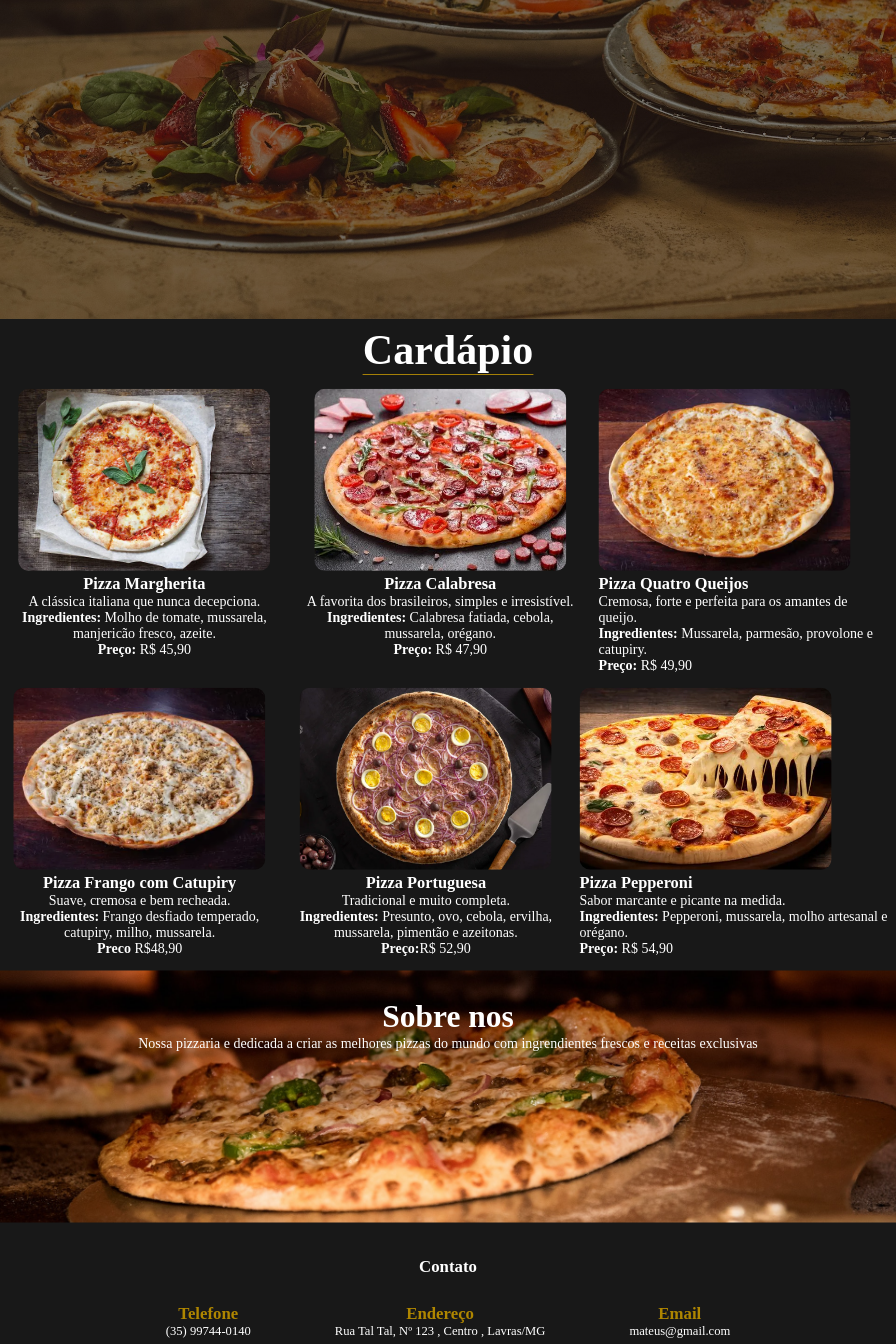
Repository: Mateushlp/landing-page-pizza
Page: index.html
The author's editor kept a copy of each file at every save. The page is drawn from the files as they stood at one save, then again after a run of saves.
The browser window is 1280 px wide. The pictures show the part of the page from y = 529 to 2449 px (the page is 2788 px tall), at 70% of full size.

Above is the page before, as saved 2026-05-03 11:15:42.

### index.html
<!DOCTYPE html>
<html lang="en">
<head>
    <meta charset="UTF-8">
    <meta name="viewport" content="width=device-width, initial-scale=1.0">
    <link rel="stylesheet" href="style.css">
    <title>Document</title>
</head>
<body>
    <header>
        <nav>
            <ul>
                <li> <a href="http://"> Home</li></a>
                <li> <a href="http://">Cardapio</li></a>
                <li> <a href="http://">Sobre Nos</li></a>
                <li> <a href="http://">Contato</li></a>
            </ul>
        </nav>
    </header>

    <section class="inicio">
        <div class="texto">
        <h1>Bem vindo à Alessio's</h1>
        <p>Saborosas pizzas feitas </p>
        <button class="btn1">Ver Cardapio</button>
        </div>
    </section>

    <section class="cardapio">
        <h2 class="cardapio1">Cardápio</h2>
    </section>

    <div class="prato">
        <div class="pratos1">
            <img src="./img/margherita-pizza.jpg" alt="">
            <h3>Pizza Margherita</h3>
            <p> A clássica italiana que nunca decepciona. <br>
          <strong>Ingredientes:</strong>  Molho de tomate, mussarela, manjericão fresco, azeite. <br>
        <strong>Preço:</strong> R$ 45,90
    </p>
        </div>
            <div class="pratos2">
                <img src="./img/3140217-pizza-calabresa.jpg" alt="">
                <h3>Pizza Calabresa</h3>
                <p>A favorita dos brasileiros, simples e irresistível. <br>
                <strong>Ingredientes:</strong> Calabresa fatiada, cebola, mussarela, orégano. <br>
                    <strong>Preço:</strong> R$ 47,90
            </p>
            </div>
                <div class="pratos3">
                    <img src="./img/Quatro-Queijos.jpg" alt="">
                    <h3>Pizza Quatro Queijos</h3>
                    <p>Cremosa, forte e perfeita para os amantes de queijo. <br>
                    <strong>Ingredientes:</strong>  Mussarela, parmesão, provolone e catupiry. <br>
                        <strong>Preço: </strong>R$ 49,90
                </p>
                </div>
                </div>

                <div class="prato2">
                <div class="pratos1">
                    <img src="./img/Frango-com-Catupiry-2.jpg" alt="">
                    <h3>Pizza Frango com Catupiry</h3>
                    <p>Suave, cremosa e bem recheada. <br>
                   <strong>Ingredientes:</strong> Frango desfiado temperado, catupiry, milho, mussarela. <br>
                   <strong>Preco </strong> R$48,90
                </p>
                </div>
                <div class="pratos2">
                    <img src="./img/pizza-portuguesa.jpg" alt="">
                    <h3>Pizza Portuguesa</h3>
                    <p>Tradicional e muito completa. <br>
                   <strong>Ingredientes:</strong>  Presunto, ovo, cebola, ervilha, mussarela, pimentão e azeitonas. <br>
                    <strong>Preço:</strong>R$ 52,90
                </p>
                </div>
                <div class="pratos3">
                    <img src="./img/the-pepperoni-pizza-and-a-piece-of-streched-cheese-pizza-with-ai-generated-free-photo.jpg" alt="">
                    <h3>Pizza Pepperoni</h3>
                    <p>Sabor marcante e picante na medida. <br>
                  <strong>Ingredientes:</strong>   Pepperoni, mussarela, molho artesanal e orégano. <br>
                <strong>Preço:</strong> R$ 54,90</p>

                </div>
                </div>
                </div>




    <section class="sobre">
        <div class="sobre1">
        <h2>Sobre nos</h2>
        <p>Nossa pizzaria e dedicada a criar as melhores pizzas do mundo com ingrendientes frescos e receitas exclusivas</p>
    </div>
    </section>

<section id="contato" class="contato">
    <h2>Contato</h2>

    <div class="contato-info">
        <div class="box">
            <h3>Telefone</h3>
            <p>(35) 99744-0140</p>
        </div>

        <div class="box">
            <h3>Endereço</h3>
            <p>Rua Tal Tal, Nº 123 , Centro , Lavras/MG</p>
        </div>

        <div class="box">
            <h3>Email</h3>
            <p>mateus@gmail.com</p>
        </div>
            <div class="box">
                <h3>Hórario de Funcionamento</h3>
                <p>Segunda a Sábado 11h00 às 23h00 - Domingo: 16h00 às 23H00</p>
            </div>
    </div>
</section>
        <div class="pedir">
        <button class="btn2">Peca Agora Mesmo!</button>
        </div>


    <footer>
        <h2>&copy; 2025 Alessio's Pizzaria</h2>
    </footer>

</body>
</html>

### style.css
*{
    margin:0;
    padding: 0;
    box-sizing: border-box;
}
body{
    background-color: #181818;

}

nav ul {
    display: flex;
    gap: 25px;
    list-style: none;
    justify-content: center;
    font-size: 25px;
    padding: 10px;
     background: linear-gradient(to bottom, rgb(00, 0, 0), rgba(0,0,0,0.9));
}

nav ul a{
    text-decoration: none;
    color: #fff;
    margin-top: 10px;
}

nav ul a:hover{
    border-radius: 20px;
    background-color: #00000;
    color: #af8600;
}

.inicio{
     background:
        linear-gradient(rgba(0,0,0,0.5), rgba(0,0,0,0.5)),
        url(./img/background-meio.jpg);
    background-size: cover;
    background-position: center;
    height: 130vh;
}

.texto{
    display: flex;
    flex-direction: column;
    align-items: center;
    color: #fff;
    padding-top: 7%;
    padding-left: 6%;
    font-size: 40px;
}
.texto p{
    font-family: 'Lucida Sans', 'Lucida Sans Regular', 'Lucida Grande', 'Lucida Sans Unicode', Geneva, Verdana, sans-serif;
    font-size: 30px;

}
.btn1{
 background-color: #e2ae01;
 border-radius: 20px;
 font-size: 20px;
 margin-top: 30px;
 padding: 9px;
 cursor:pointer;
}
.btn1:hover{
background-color:#181818;
color: #e2ae01;
}
.cardapio{
    text-align: center;
    padding: 10px;
    font-size: 40px;
    color:#fff;
}
.cardapio1{
    display: inline-block;
    border-bottom: 1px solid #e2ae01;
}
.prato{
    margin: 10px;
    display: flex;
    gap: 30px;
    font-size: 20px;
    margin-bottom: 20px;
    color:#fff;
}

.prato2{
    margin: 10px;
    display: flex;
    gap: 30px;
    font-size: 20px;
    margin-bottom: 20px;
    color:#fff;
}


.prato img,
.prato2 img {
    width: 50vh;
    height: 260px;
    object-fit: cover;
    border-radius: 15px;
    border-color:#458455;
}
.pratos1,
.pratos2 {
    width: 35%;
    text-align: center;
}

.sobre{
    background-image: url(./img/background.jpg);
    background-size: cover;
    background-position: center;
    height: 50vh;
}
.sobre1{
    display: flex;
    align-items: center;
    padding-top: 40px;
    font-size: 30px;
    flex-direction: column;
    color: #fff;
}
.sobre1 p{
    font-size: 20px;
    color:#fff;
}

.contato {
    padding: 50px 0;
    text-align: center;
    color:#fff;
}

.contato-info {
    display: flex;
    justify-content: center;
    gap: 60px;
    margin-top: 20px;
    flex-wrap: wrap;
    color:#fff;
}

.contato-info .box {

    padding: 20px 30px;
    border-radius: 15px;
    color:#fff;

}

.contato-info h3 {
    font-size: 24px;
    color: #af8600;

}

.contato-info p {
    font-size: 18px;
    color:#fff;
}

.pedir{
    display: flex;
    justify-content: center;
    align-items: center;
    text-align: center;
}
.btn2{
     background-color: #e2ae01;
 border-radius: 30px;
 font-size: 20px;
 margin-bottom: 20px;
 padding: 9px;
 cursor:pointer;

}
footer{
      background-color: #181818;
      color: #d4af37;
  text-align: center;
  padding: 20px;
  font-size: 14px;
}

After the next 7 saves:
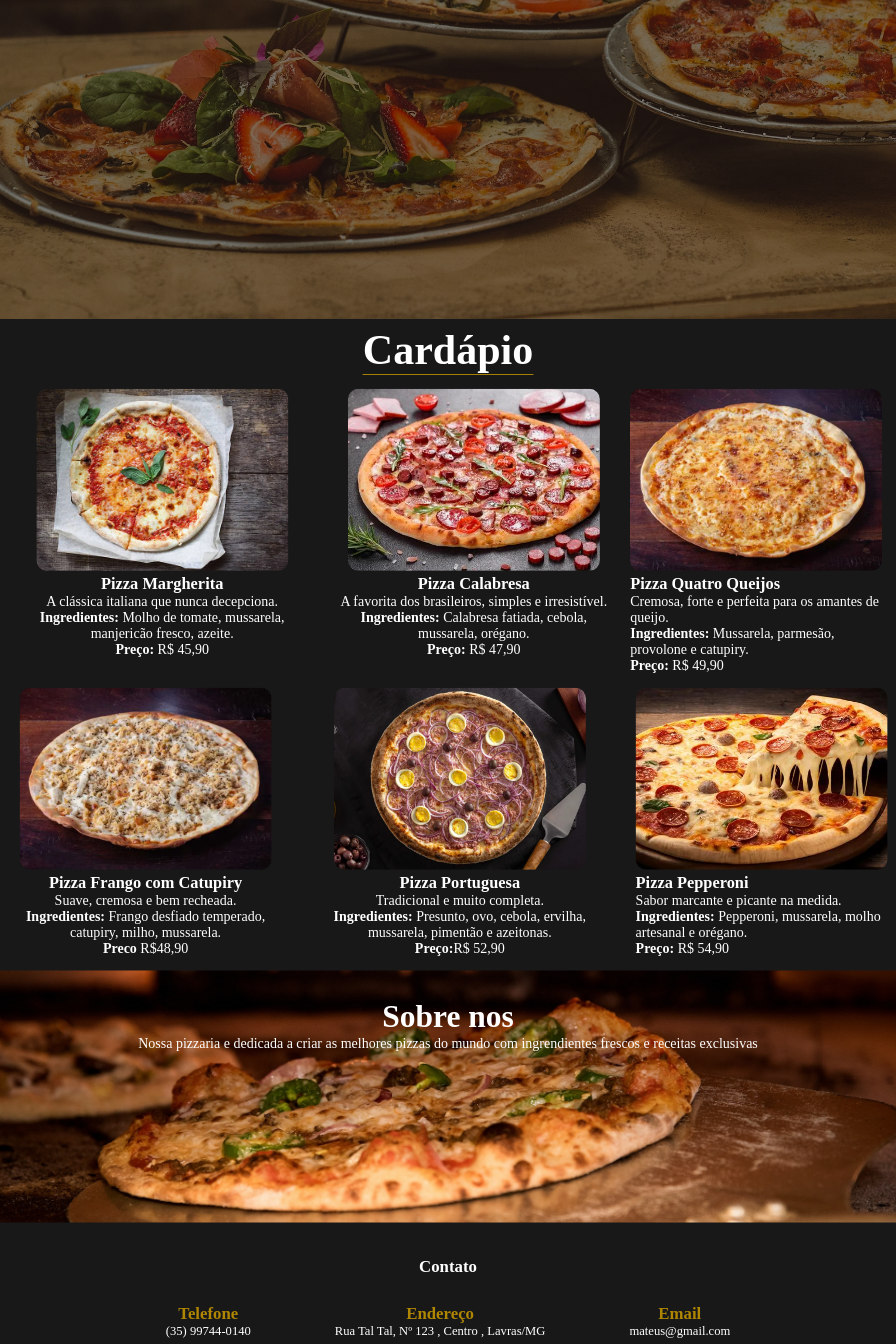
The 7 saves are shown as one change because they came seconds apart.
The last was saved 25 s later.
--- a/style.css
+++ b/style.css
@@ -100,10 +100,11 @@ color: #e2ae01;
     height: 260px;
     object-fit: cover;
     border-radius: 15px;
-    border-color:#458455;
+
 }
 .pratos1,
 .pratos2 {
+    border-radius:20
     width: 35%;
     text-align: center;
 }
